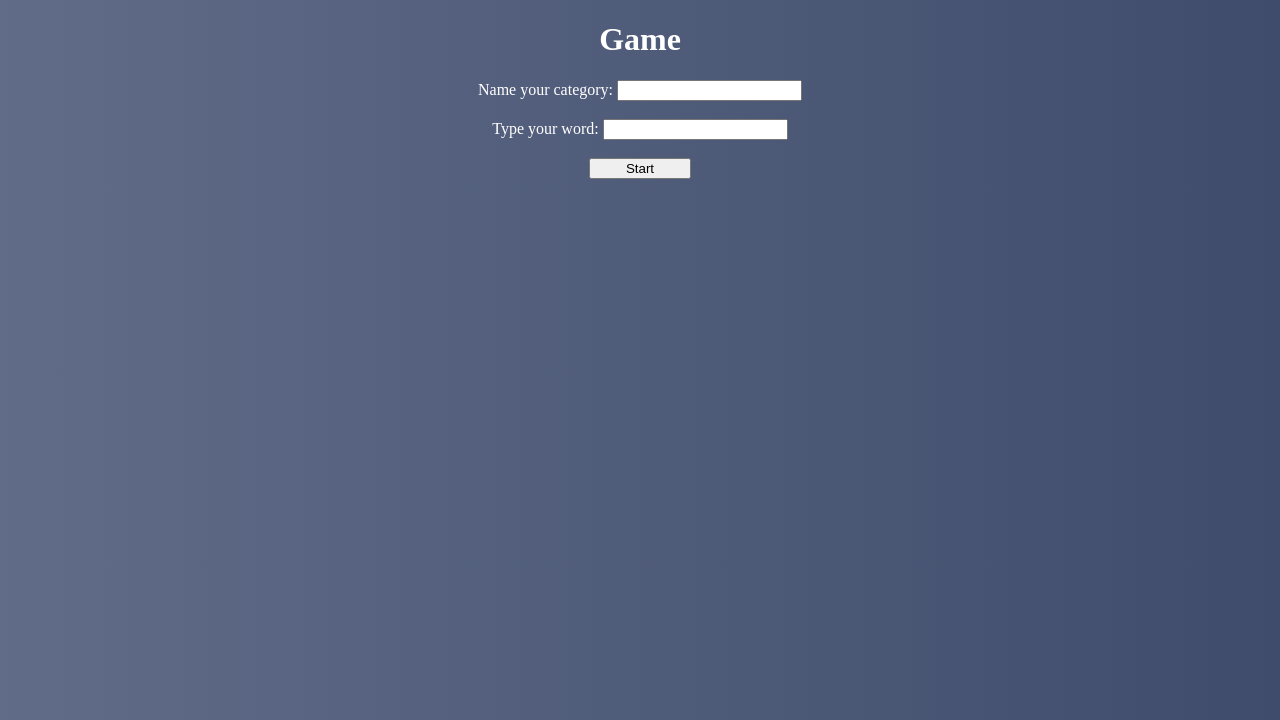
Repository: Darkingfired/Game
Page: index.html
The author's editor kept a copy of each file at every save. The page is drawn from the files as they stood at one save, then again after the next save.
The browser window is 1280 px wide. The pictures show the whole page.

Above is the page before, as saved 2022-09-09 04:12:21.
Console error: SyntaxError: Cannot use import statement outside a module

After the next save:
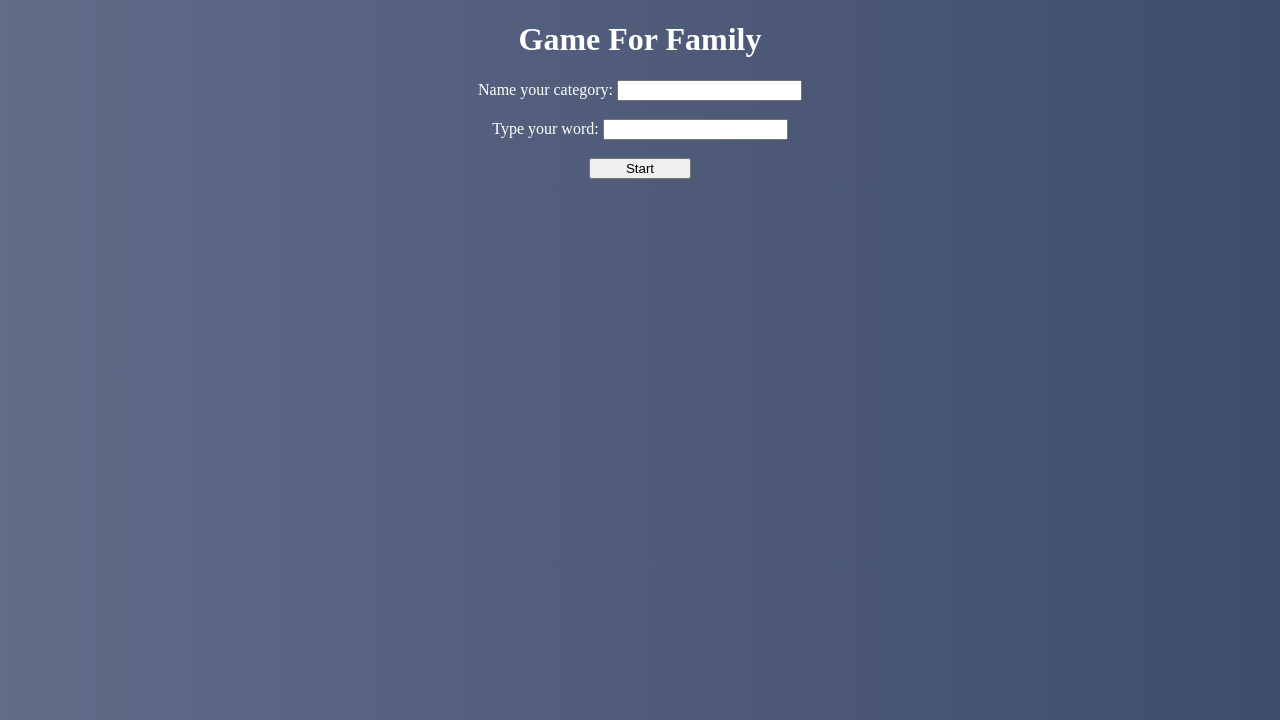
Saved 5 s later.
--- a/index.html
+++ b/index.html
@@ -9,7 +9,7 @@
     <script defer src="script.js"></script>
   </head>
   <body>
-    <h1>Game </h1>
+    <h1>Game For Family</h1>
     <form action="http://127.0.0.1:5500/hangman.html" method="get">
       <label for="fname">Name your category:</label>
       <input type="text" id="fname" name="fname"><br><br>
